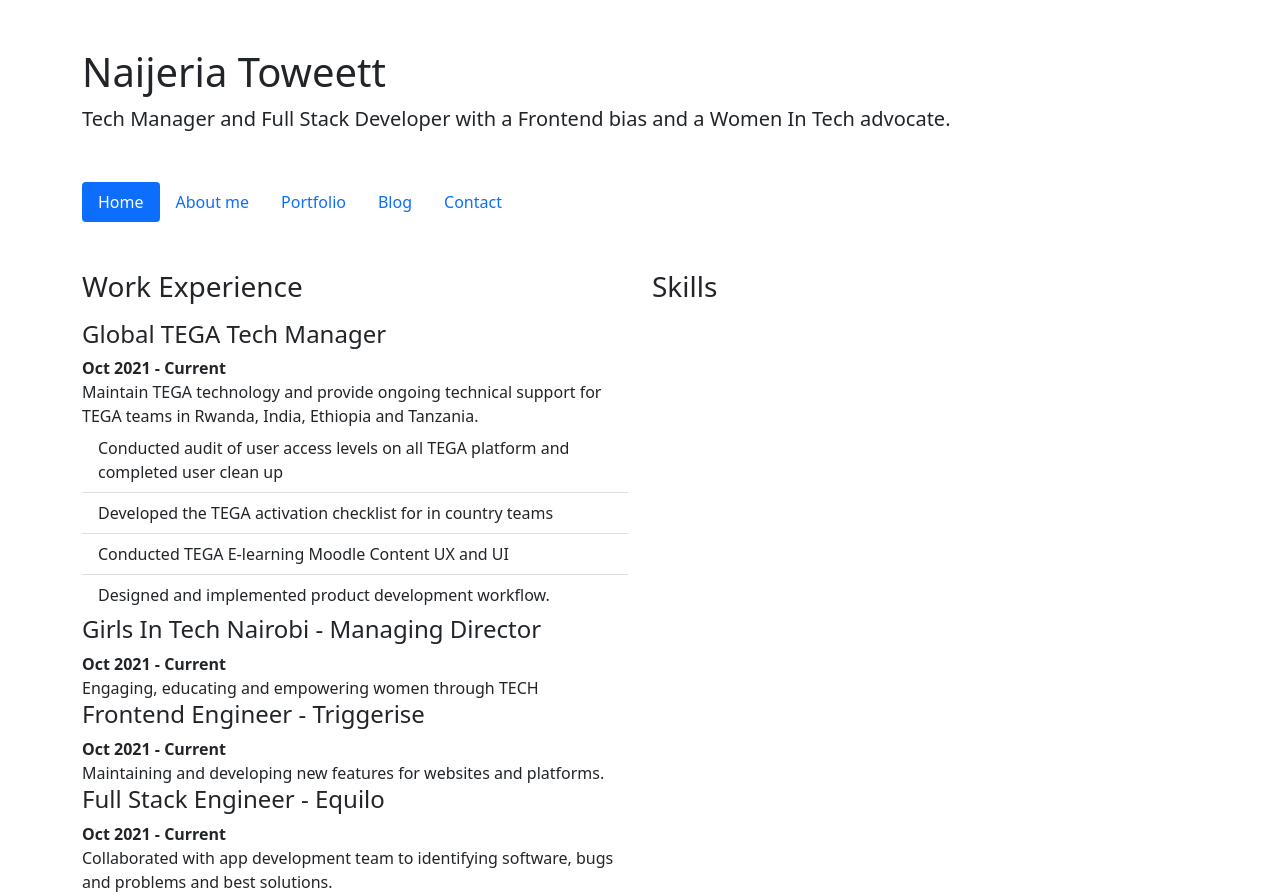
Repository: mamatechafrica/portfolio
Page: index.html
The author's editor kept a copy of each file at every save. The page is drawn from the files as they stood at one save, then again after the next save.
The browser window is 1280 px wide. The pictures show the whole page.

Above is the page before, as saved 2022-01-04 15:58:52.

### index.html
<!doctype html>
<html lang="en">
    <head>
        <!-- Required meta tags -->
        <meta charset="utf-8">
        <meta name="viewport" content="width=device-width, initial-scale=1">

        <!-- Bootstrap CSS -->
        <link href="https://cdn.jsdelivr.net/npm/bootstrap@5.0.2/dist/css/bootstrap.min.css" rel="stylesheet" integrity="sha384-EVSTQN3/azprG1Anm3QDgpJLIm9Nao0Yz1ztcQTwFspd3yD65VohhpuuCOmLASjC" crossorigin="anonymous">

        <title>NashTheCoder portfolio</title>
    </head>
    <body>
        <div class="container my-5">
            <h1>Naijeria Toweett</h1>
            <p class="lead">
                Tech Manager and Full Stack Developer with a Frontend bias and a Women In Tech advocate.
            </p>
        </div>

        <div class="container">
            <nav>
                <ul class="nav nav-pills ">
                    <li class="nav-item">
                        <a class="nav-link active" aria-current="page" href="#">Home</a>
                    </li>
                    <li class="nav-item">
                        <a class="nav-link" href="#">About me</a>
                    </li>
                    <li class="nav-item">
                        <a class="nav-link" href="#">Portfolio</a>
                    </li>
                    <li class="nav-item">
                        <a class="nav-link" href="https://mumlovestech.com/" target="blank">Blog</a>
                    </li>
                    <li class="nav-item">
                        <a class="nav-link" href="#">Contact</a>
                    </li>
                </ul>
            </nav>
        </div>

        <div class="container mt-5">
            <div class="row">
                <div class="col">
                    <h3 class="mb-3">Work Experience</h3>

                    <h4>Global TEGA Tech Manager</h4>
                    <div>
                        <strong>Oct 2021 - Current</strong>
                    </div>
                        Maintain TEGA technology and provide ongoing technical support for
                        TEGA teams in Rwanda, India, Ethiopia and Tanzania.
                    <ul class="list-group list-group-flush">
                        <li class="list-group-item">Conducted audit of user access levels on all TEGA platform and completed user clean up</li>
                        <li class="list-group-item">Developed the TEGA activation checklist for in country teams</li>
                        <li class="list-group-item">Conducted TEGA E-learning Moodle Content UX and UI</li>
                        <li class="list-group-item">Designed and implemented product development workflow.</li>
                    </ul>
                    <h4>Girls In Tech Nairobi - Managing Director</h4>
                    <div>
                        <strong>Oct 2021 - Current</strong>
                    </div>
                        Engaging, educating and empowering women through TECH
                    <ul class="list-group list-group-flush">
                        <li class="list-group list-group-flush"></li>
                    </ul>
                    <h4>Frontend Engineer - Triggerise</h4>
                    <div>
                        <strong>Oct 2021 - Current</strong>
                    </div>
                        Maintaining and developing new features for websites and platforms.
                    <ul class="list-group list-group-flush">
                        <li class="list-group list-group-flush"></li>
                    </ul>
                    <h4>Full Stack Engineer - Equilo</h4>
                    <div>
                        <strong>Oct 2021 - Current</strong>
                    </div>
                        Collaborated with app development team to identifying software, bugs and problems and best solutions.
                    <ul class="list-group list-group-flush">
                        <li class="list-group list-group-flush"></li>
                    </ul>
                </div>
                <div class="col">
                    <h3 class="mb-3">Skills</h3>
                </div>
            </div>
        </div>

        <!-- Optional JavaScript; choose one of the two! -->

        <!-- Option 1: Bootstrap Bundle with Popper -->
        <script src="https://cdn.jsdelivr.net/npm/bootstrap@5.0.2/dist/js/bootstrap.bundle.min.js" integrity="sha384-MrcW6ZMFYlzcLA8Nl+NtUVF0sA7MsXsP1UyJoMp4YLEuNSfAP+JcXn/tWtIaxVXM" crossorigin="anonymous"></script>

        <!-- Option 2: Separate Popper and Bootstrap JS -->
        <!--
        <script src="https://cdn.jsdelivr.net/npm/@popperjs/core@2.9.2/dist/umd/popper.min.js" integrity="sha384-IQsoLXl5PILFhosVNubq5LC7Qb9DXgDA9i+tQ8Zj3iwWAwPtgFTxbJ8NT4GN1R8p" crossorigin="anonymous"></script>
        <script src="https://cdn.jsdelivr.net/npm/bootstrap@5.0.2/dist/js/bootstrap.min.js" integrity="sha384-cVKIPhGWiC2Al4u+LWgxfKTRIcfu0JTxR+EQDz/bgldoEyl4H0zUF0QKbrJ0EcQF" crossorigin="anonymous"></script>
        -->
    </body>
</html>

After the next save:
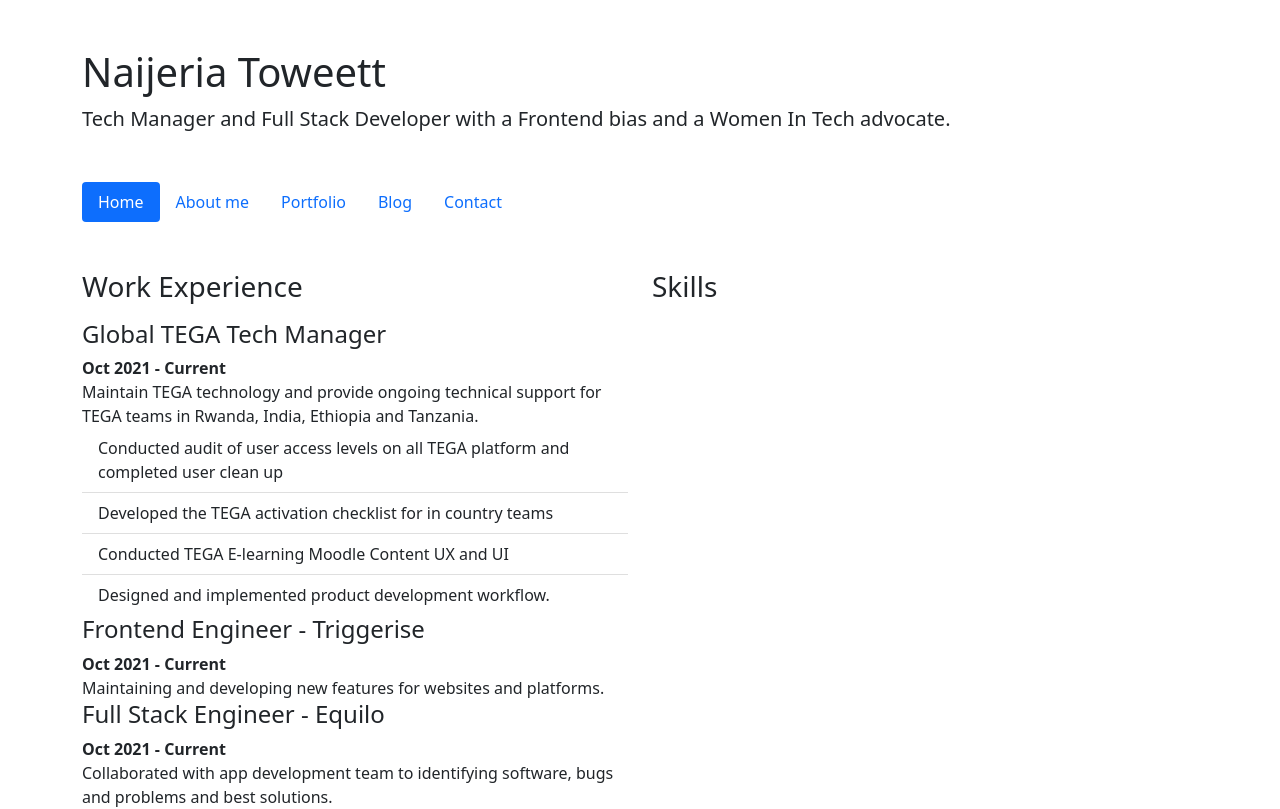
Saved 10 min 1 s later.
--- a/index.html
+++ b/index.html
@@ -57,14 +57,14 @@
                         <li class="list-group-item">Conducted TEGA E-learning Moodle Content UX and UI</li>
                         <li class="list-group-item">Designed and implemented product development workflow.</li>
                     </ul>
-                    <h4>Girls In Tech Nairobi - Managing Director</h4>
+                    <!-- <h4>Girls In Tech Nairobi - Managing Director</h4>
                     <div>
                         <strong>Oct 2021 - Current</strong>
                     </div>
                         Engaging, educating and empowering women through TECH
                     <ul class="list-group list-group-flush">
                         <li class="list-group list-group-flush"></li>
-                    </ul>
+                    </ul> -->
                     <h4>Frontend Engineer - Triggerise</h4>
                     <div>
                         <strong>Oct 2021 - Current</strong>
